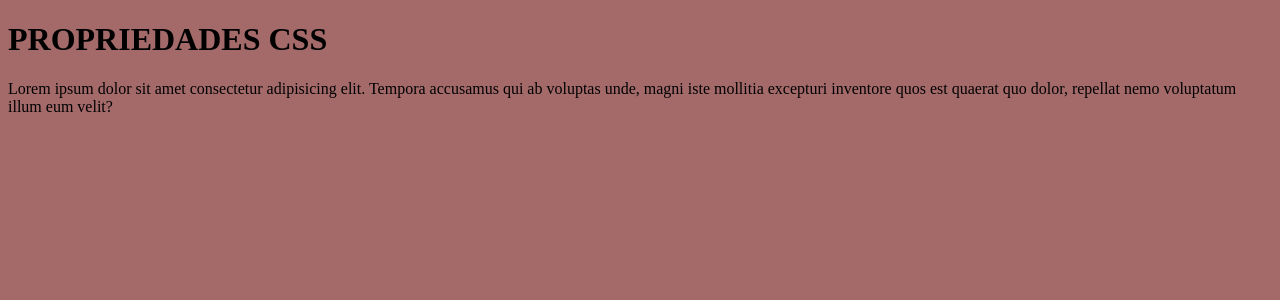
Repository: In-Game-full/Reprograme-se
Page: S-3/Aula-12(Cores funcdos e bordas)/index.html
These files come from the project's save history. The page is drawn as it stood at one moment and after a run of saves; the edit follows.
The browser window is 1280 px wide. The pictures show the whole page.

Above is the page before, as saved 2023-08-02 17:53:56.

### S-3/Aula-12(Cores funcdos e bordas)/index.html
<!DOCTYPE html>
<html lang="en">
<head>
    <meta charset="UTF-8">
    <meta name="viewport" content="width=device-width, initial-scale=1.0">
    <link rel="stylesheet" href="style.css">
    <title>Propriedades CSS</title>
</head>
<body>
    <h1>PROPRIEDADES CSS</h1>
    <p>Lorem ipsum dolor sit amet consectetur adipisicing elit. Tempora accusamus qui ab voluptas unde, magni iste mollitia excepturi inventore quos est quaerat quo dolor, repellat nemo voluptatum illum eum velit?</p>
</body>
</html>

### S-3/Aula-12(Cores funcdos e bordas)/style.css
body{
    background-color: rgb(164, 106, 106);
}

After the next 4 saves:
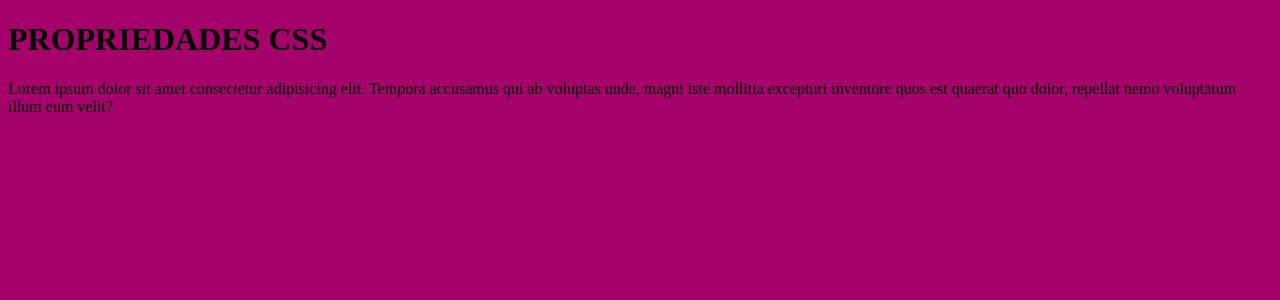
The 4 saves are shown as one change because they came seconds apart.
The last was saved 14 s later.
--- a/S-3/Aula-12(Cores funcdos e bordas)/style.css
+++ b/S-3/Aula-12(Cores funcdos e bordas)/style.css
@@ -1,3 +1,3 @@
 body{
-    background-color: rgb(164, 106, 106);
+    background-color: rgb(164, 1, 106);
 }
